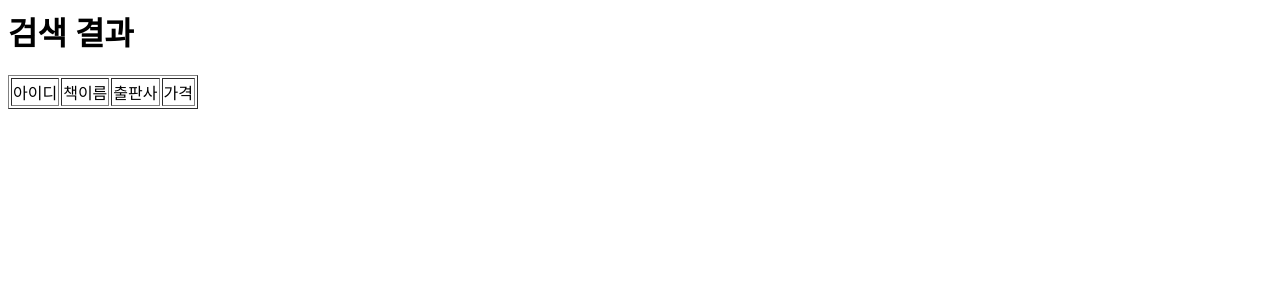
Repository: Idooru/academy_servlet
Page: http://localhost/pro07/book
An editor plug-in stored every save of this project. The page is shown before and after the next save, followed by the edit.
The browser window is 1280 px wide. The pictures show the whole page.
The page is served by Tomcat 9. Queries for data that is not in the repository find no rows.

Above is the page before, as saved 2023-09-06 07:23:10.

After the next save:
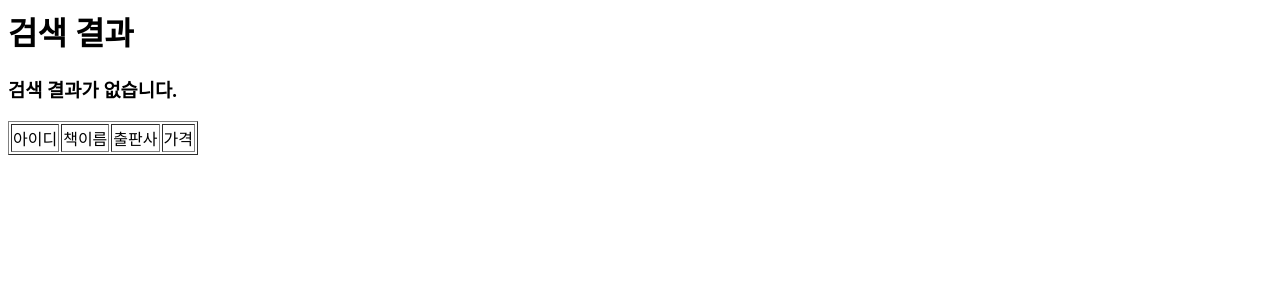
Saved 5 s later.
--- a/pro07/src/sec01/ex01/BookSearchServlet.java
+++ b/pro07/src/sec01/ex01/BookSearchServlet.java
@@ -34,7 +34,7 @@ public class BookSearchServlet extends HttpServlet {
 		out.print("<h1>검색 결과</h1>");
 
 		if (bookList.size() == 0) {
-			out.print("<h3></h3>");
+			out.print("<h3>검색 결과가 없습니다.</h3>");
 		}
 
 		out.print("<table border=1><tr>");
